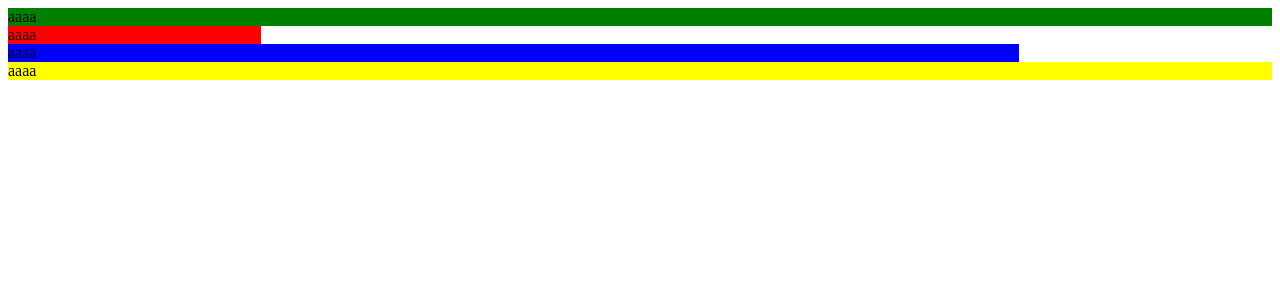
Repository: pleanoma/TooDoo
Page: http://localhost/TooDoo/Home.jsp
These files come from the project's save history. The page is drawn as it stood at one moment and after the next save; the edit follows.
The browser window is 1280 px wide. The pictures show the whole page.
The page is served by Tomcat 9.

Above is the page before, as saved 2013-11-27 07:46:21.

After the next save:
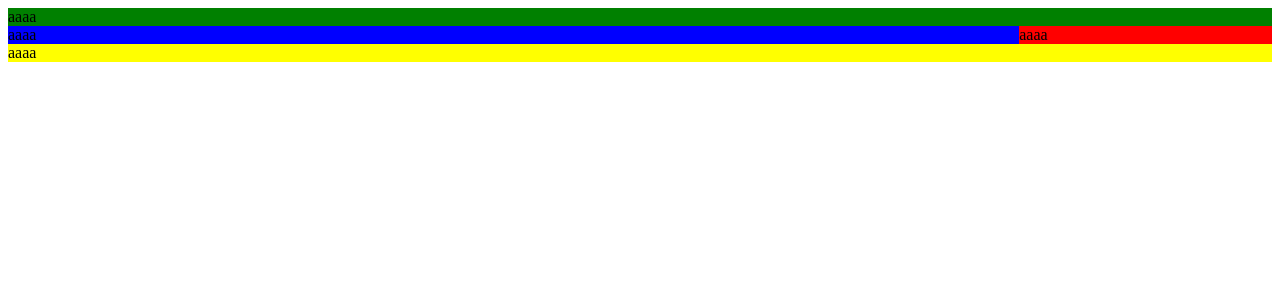
Saved 20 s later.
--- a/TooDoo/WebContent/css/style.css
+++ b/TooDoo/WebContent/css/style.css
@@ -10,11 +10,13 @@ html, body {
 	background: green;
 }
 #content .article {
+	float: right;
 	width: 20%;
 	height: 100%;
 	background: red;
 }
 #content .sidebar {
+	float: left;
 	width: 80%;
 	height: 100%;
 	background: blue;
